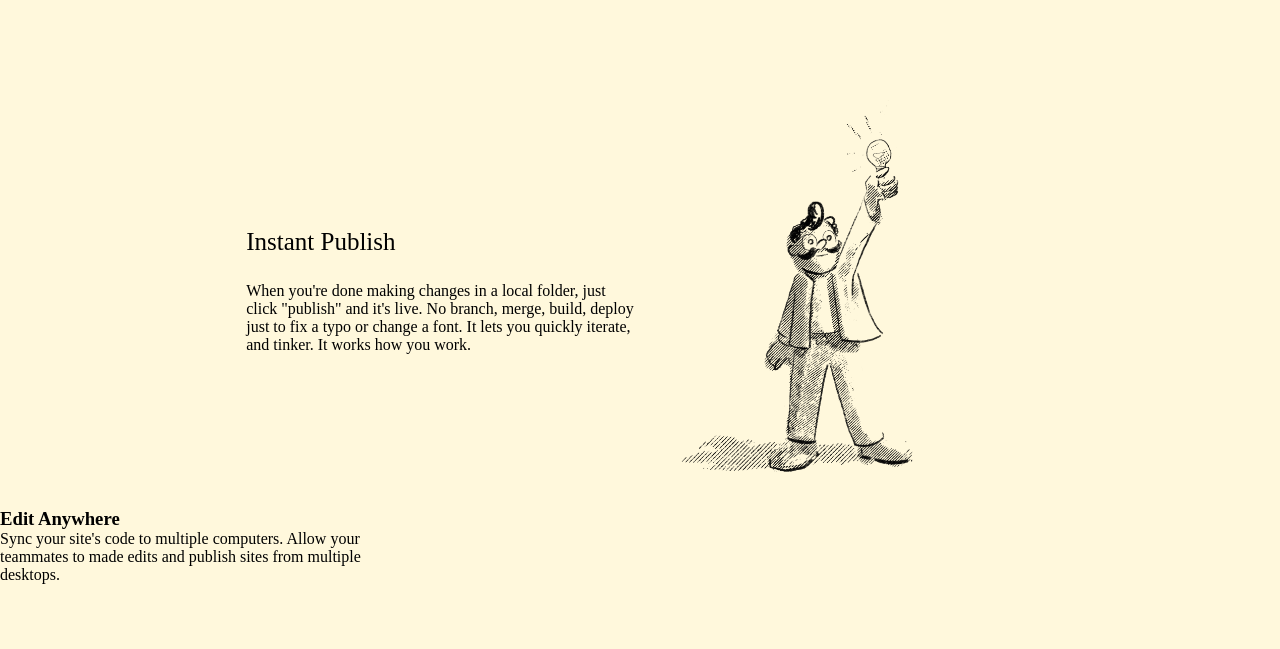
Repository: Pbemits/TEAMWORK-PROJECT-ONE
Page: index.html
The author's editor kept a copy of each file at every save. The page is drawn from the files as they stood at one save, then again after the next save.
The browser window is 1280 px wide. The pictures show the whole page.
Some web fonts or font styles are not loaded; a fallback is used.

Above is the page before, as saved 2023-09-01 23:11:12.

### index.html
<!DOCTYPE html>
<html lang="en">
<head>
    <meta charset="UTF-8">
    <meta name="viewport" content="width=device-width, initial-scale=1.0">
    <link rel="stylesheet" href="./assets/css/base.css">
    <link rel="stylesheet" href="./assets/css/main.css">
    <!-- ~: FONT: 'Noto Sans JP', sans-serif -->
    <link rel="preconnect" href="https://fonts.googleapis.com">
    <link rel="preconnect" href="https://fonts.gstatic.com" crossorigin>
    <link href="https://fonts.googleapis.com/css2?family=Noto+Sans+JP:wght@100;200;300;400;500;600&display=swap" rel="stylesheet">
    <!-- ~: FONT: 'PT Serif Caption', serif -->
    <link rel="preconnect" href="https://fonts.googleapis.com">
    <link rel="preconnect" href="https://fonts.gstatic.com" crossorigin>
    <link href="https://fonts.googleapis.com/css2?family=PT+Serif+Caption:ital@0;1&display=swap" rel="stylesheet">
    <title>TEAMWORK PROJECT ONE</title>
</head>
<body>
    <!-- TODO: HEADER MAIN -->
    <div id="header-main">

    </div>
    <!-- TODO: CONTENT MAIN -->
    <div id="content-main">
        <!-- CODE BY XUAN DAI -->
        <!-- CONTENT-SECTION-TWO -->
        <div class="content-section-two">

            <!-- WRAPPER ONE -->
            <div class="content-wrapper-element-one">
                <div class="wrapper-element-one">
                    <div class="wrapper-element-texts">
                        <div class="element-text-h3">
                            <h3>Instant Publish</h3>
                        </div>
                        <div class="element-texts-paragraph">
                            <p>When you're done making changes in a local folder, just<br> click "publish" and it's live. No branch, merge, build, deploy<br> just to fix a typo or change a font. It lets you quickly iterate,<br> and tinker. It works how you work.</p>
                        </div>
                    </div>
                </div>

                <div class="wrapper-element-two">
                    <div class="wrapper-element-image">
                        <div class="element-img">
                            <img src="./assets/image/ligter.png" alt="ÁNH SÁNG CỦA ĐẢNG VN">
                        </div>
                    </div>
                </div>
            </div>
            <!-- END WRAPPER ONE -->

            <!-- WRAPPER TWO -->
            <div class="content-wrapper-element-two">
                <div class="wrapper-element-one">
                    <div class="wrapper-element-image">
                        <div class="element-img"></div>
                    </div>
                </div>

                <div class="wrapper-element-two">
                    <div class="wrapper-element-texts">
                        <div class="element-text-h3">
                            <h3>Edit Anywhere</h3>
                        </div>
                        <div class="element-texts-paragraph">
                            <p>Sync your site's code to multiple computers. Allow your<br> teammates to made edits and publish sites from multiple<br> desktops.</p>
                        </div>
                    </div>
                </div>
            </div>
            <!--END WRAPPER TWO -->

            <!-- WRAPPER THREE -->
            <div class="content-wrapper-element-three">
                <div class="wrapper-element-one">
                    <div class="wrapper-element-texts">
                        <div class="element-text-h3"></div>
                        <div class="element-texts-paragraph"></div>
                    </div>
                </div>

                <div class="wrapper-element-two">
                    <div class="wrapper-element-image">
                        <div class="element-img"></div>
                    </div>
                </div>
            </div>
            <!-- END WRAPPER THREE -->

        </div>
        <!-- END CONTENT-SECTION-TWO -->
        <!-- END CODE BY XUAN DAI -->
    </div>
    <!-- TODO: FOOTER MAIN -->
    <div id="footer-main">

    </div>
</body>
</html>

### assets/css/base.css
* {
    margin: 0;
    padding: 0;
    box-sizing: border-box;
}
body {
    background-color: #fff8dc;
    font-family: 'Noto Sans JP', sans-serif;
    font-family: 'PT Serif Caption', serif;
}

:root {
    --color-texts: #161616;
}

### assets/css/main.css
/* WRAPPER ONE */
.content-wrapper-element-one {
    display: flex;
    align-items: center;
    justify-content: center;
    margin-top: 100px;
}

.content-wrapper-element-one .wrapper-element-texts .element-text-h3 h3 {
    font-size: 25px;
    font-weight: 400;
}

.content-wrapper-element-one .wrapper-element-texts .element-texts-paragraph {
    margin: 26px 0;
}

.content-wrapper-element-one .element-img {
    width: 100%;
}

.content-wrapper-element-one .element-img img {
    width: 400px;
}
/* END WRAPPER ONE */

/* WRAPPER TWO */

/* END WRAPPER TWO */

After the next save:
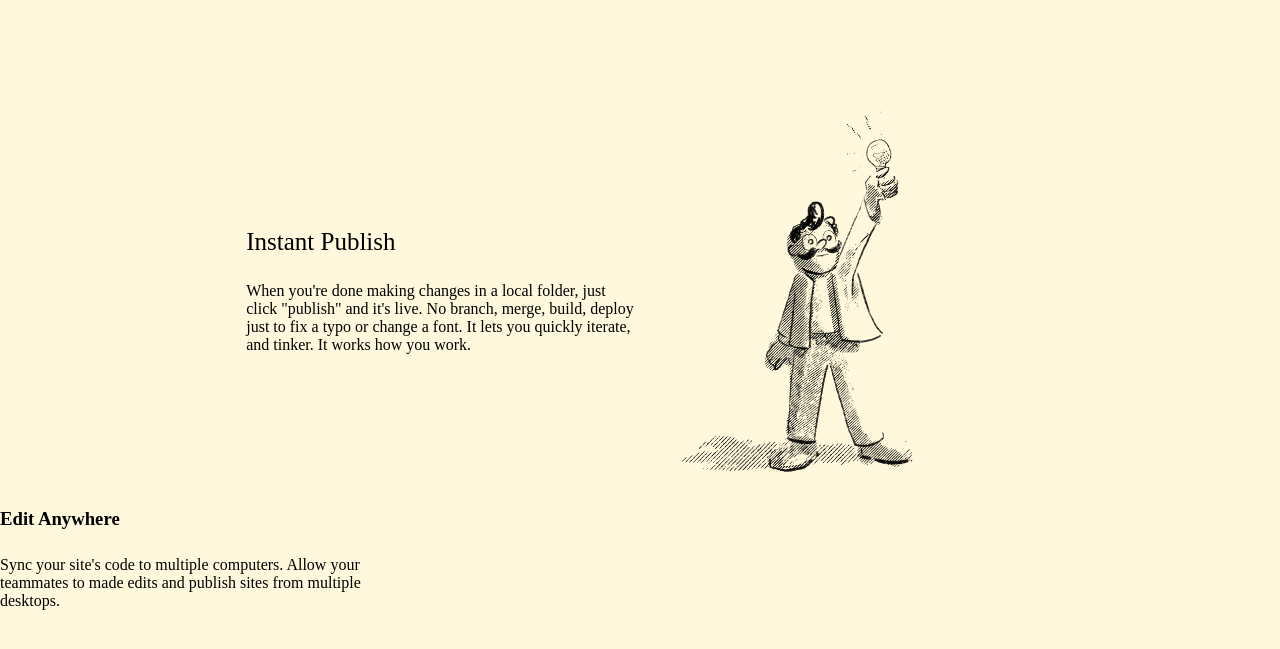
Saved 13 s later.
--- a/assets/css/main.css
+++ b/assets/css/main.css
@@ -24,6 +24,10 @@
 }
 /* END WRAPPER ONE */
 
+
+
 /* WRAPPER TWO */
-
+.content-wrapper-element-two .wrapper-element-texts .element-texts-paragraph {
+    margin: 26px 0;
+}
 /* END WRAPPER TWO */
